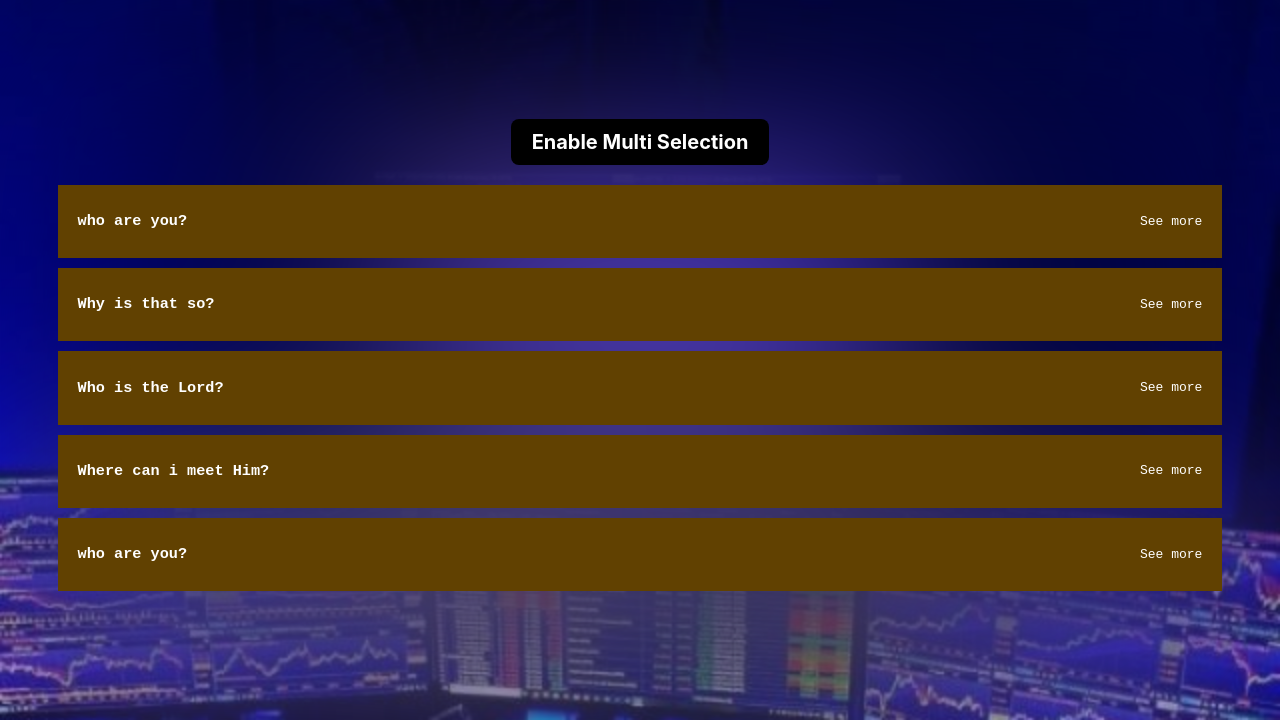
Repository: profbkmurage/reactprojectsBK
Page: /
These files come from the project's save history. The page is drawn as it stood at one moment and after a run of saves; the edit follows.
The browser window is 1280 px wide. The pictures show the whole page.
The project was rebuilt for these pictures with package versions that can differ from the ones it lists, and the page was loaded fresh each time. Also part of the build but not shown: vite.config.js.

Above is the page before, as saved 2025-02-23 10:18:45.

After the next 4 saves:
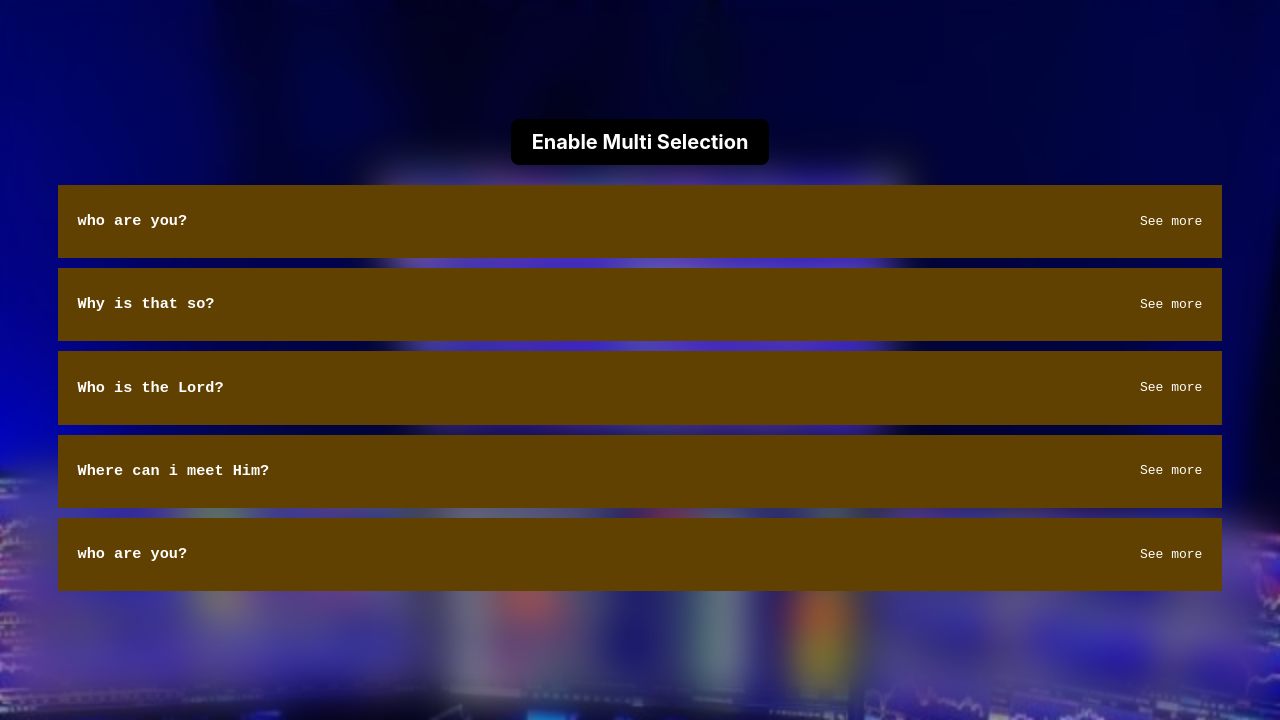
The 4 saves are shown as one change because they came seconds apart.
The last was saved 11 s later.
--- a/src/components/accordian/style.css
+++ b/src/components/accordian/style.css
@@ -13,7 +13,7 @@ body {
     align-items: center;
     flex-direction: column;
     gap: 20px;
-    backdrop-filter: blur(100px);
+    backdrop-filter: blur(20px);
 width: 100vw;
 }
 
